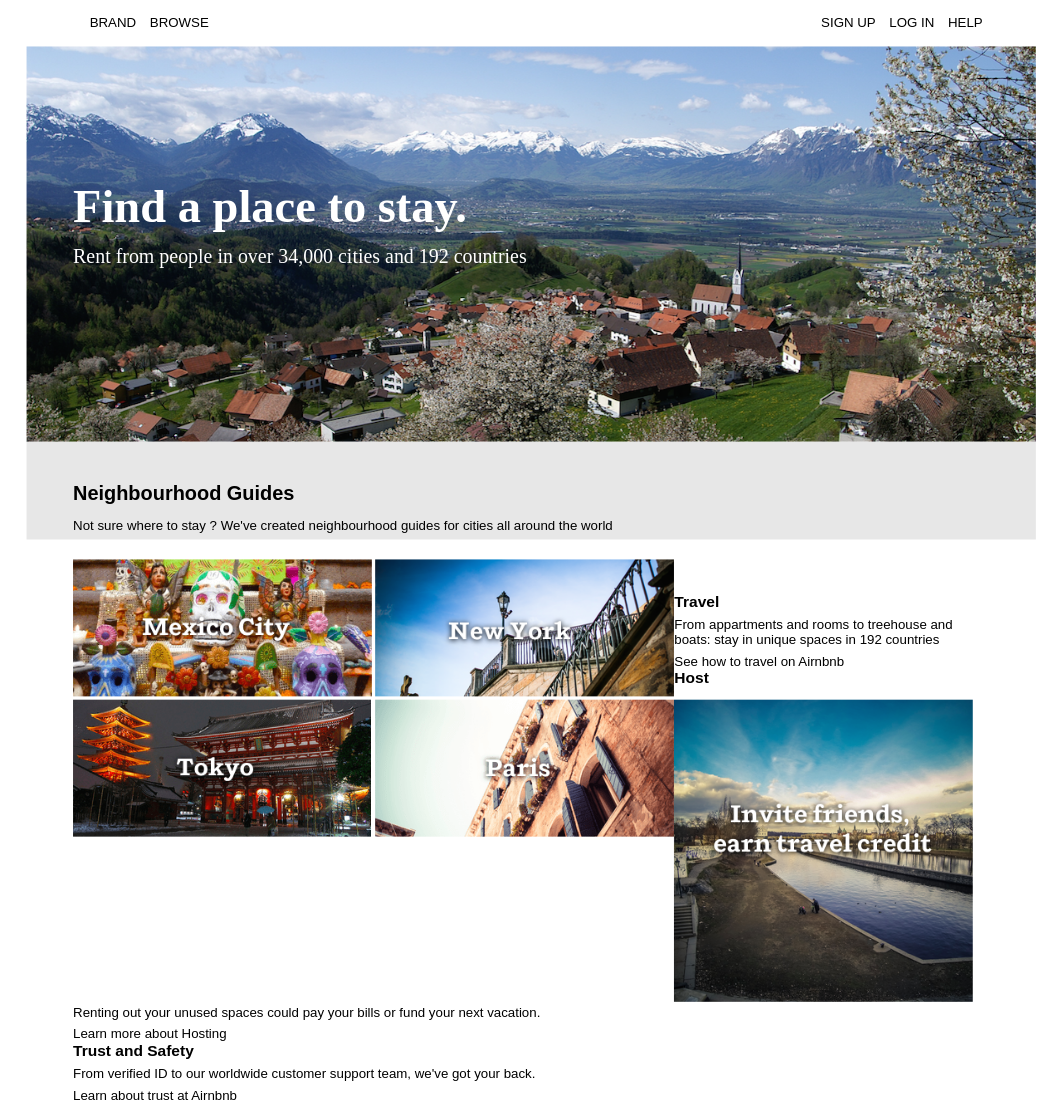
Repository: Naohonproject/web101x02_asm1
Page: Project2.html
The author's editor kept a copy of each file at every save. The page is drawn from the files as they stood at one save, then again after the next save.
The browser window is 1280 px wide. The pictures show the whole page, at 83% of full size.

Above is the page before, as saved 2022-01-15 19:36:57.

After the next save:
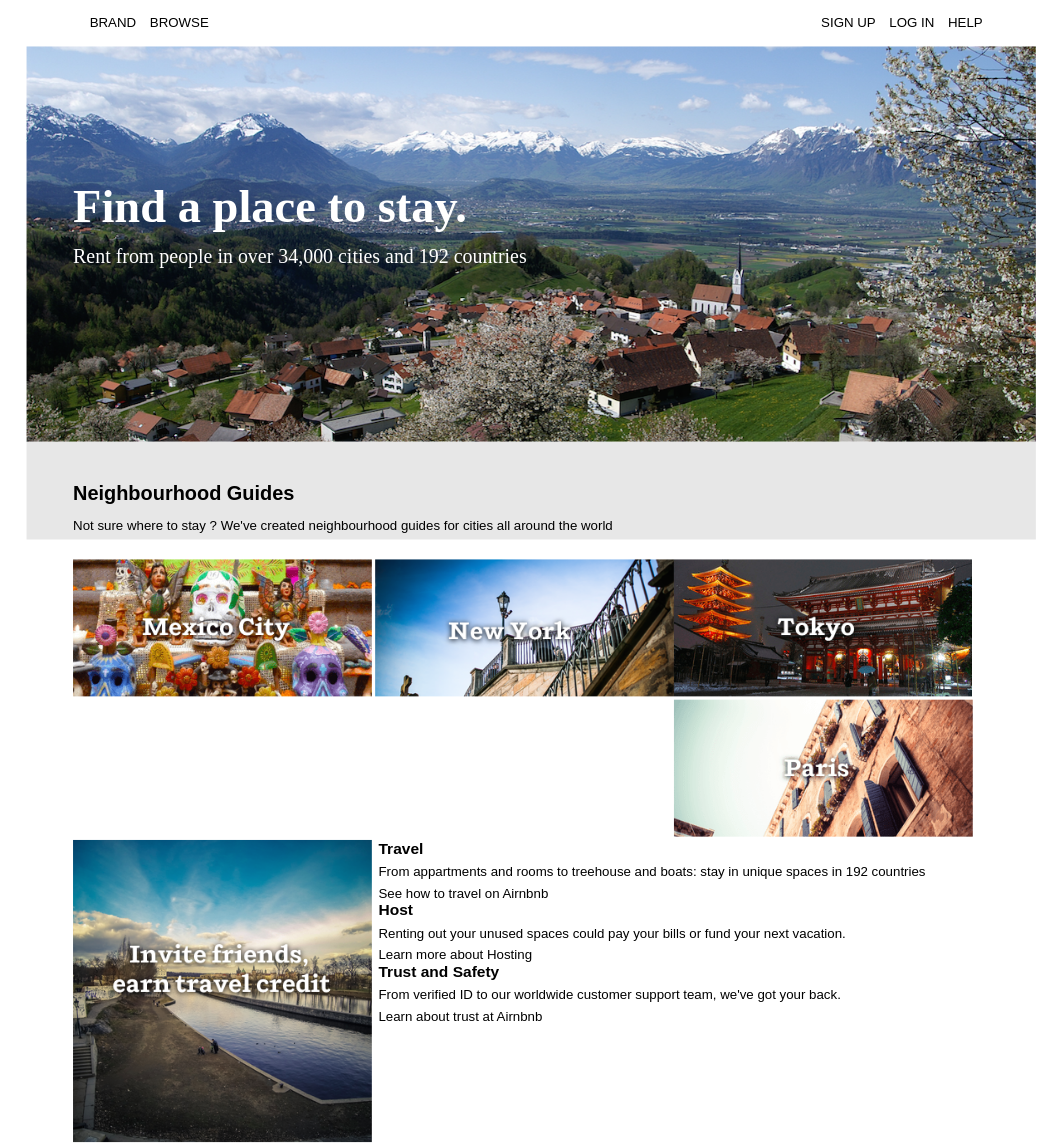
Saved 4 s later.
--- a/Project2.html
+++ b/Project2.html
@@ -64,7 +64,7 @@
 							width="360"
 						/>
 					</div>
-					<div class="pull-left">
+					<div class="pull-left col-third">
 						<img
 							src="./assets/img/web101x-Tokyo.png"
 							alt="Tokyo City"
